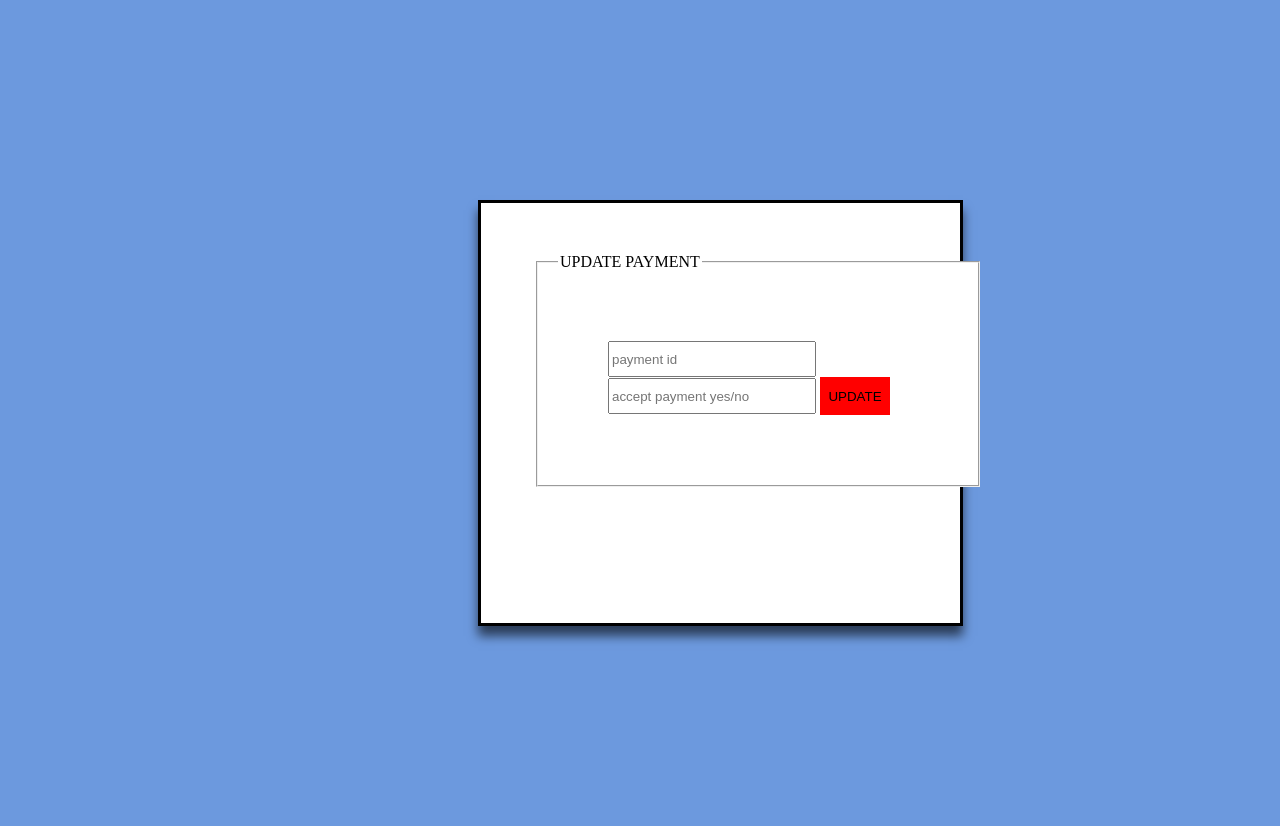
Repository: Nihara-R/Vehicle-Insurance-Portal
Page: http://localhost/paymentupdate.php
The author's editor kept a copy of each file at every save. The page is drawn from the files as they stood at one save, then again after the next save.
The browser window is 1280 px wide. The pictures show the whole page.
The page is run by PHP 8.4 with error messages shown; the project is at /var/www/html/.

Above is the page before, as saved 2023-06-29 10:37:16.

### paymentupdate.php
<!DOCTYPE html>
<html lang="en" dir="ltr">
  <head>
    <meta charset="utf-8">
    <title></title>
    <link rel="stylesheet" href="css/deletuser.css">
  </head>
  <body>
  <div class="formbox1">
    <fieldset class="fieldset1">
<legend>UPDATE PAYMENT</legend>

    <form class="" action="include/update_payment.inc.php" method="post">

      <input type="text" name="id" value="" placeholder="payment id" class="textbox">
      <input type="text" name="accept" value="" placeholder="accept payment yes/no" class="textbox">

      <input type="submit" name="submit" value="UPDATE" class="button">

</fieldset>
</div>
    </form>

  </body>
</html>

### css/deletuser.css
body{
  background: #6C99DE;
}
form{
margin: 50px;
}
.formbox{
  margin: 200px;
  margin-left: 470px;
  padding: 50px;
  height: 200px;
  border: 3px solid black;
  background-color: white;
  box-shadow: 0 10px 10px rgba(0,0, 0, 0.60);
  width: 30%;
}
.formbox1{
  margin: 200px;
  margin-left: 470px;
  padding: 50px;
  height: 320px;
  border: 3px solid black;
  background-color: white;
  box-shadow: 0 10px 10px rgba(0,0, 0, 0.60);
  width: 30%;
}

fieldset{
  width: 400px;
  padding: 20px;
  align-items: center;
  justify-content: center;
  margin-left: 5px;
  margin-top: 0px;
  background: white;
}
.fieldset1{
  width: 400px;
  padding: 20px;
  align-items: center;
  justify-content: center;
  margin-left: 5px;
  margin-top: 0px;
  background: white;
}
.button{
  background: red;
  height: 38px;
  width: 70px;
  border: none;
}
.textbox{
  height: 30px;
  width: 200px;

}

After the next save:
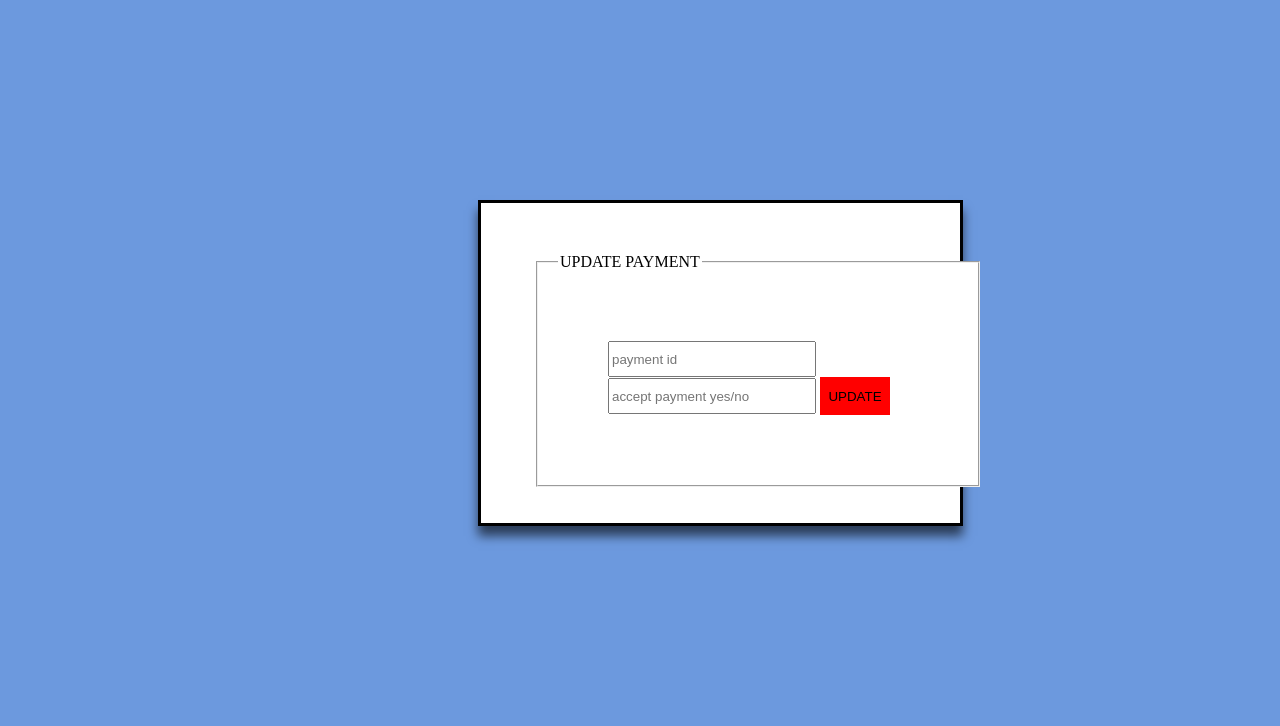
Saved 19 s later.
--- a/css/deletuser.css
+++ b/css/deletuser.css
@@ -18,7 +18,7 @@ margin: 50px;
   margin: 200px;
   margin-left: 470px;
   padding: 50px;
-  height: 320px;
+  height: 220px;
   border: 3px solid black;
   background-color: white;
   box-shadow: 0 10px 10px rgba(0,0, 0, 0.60);
